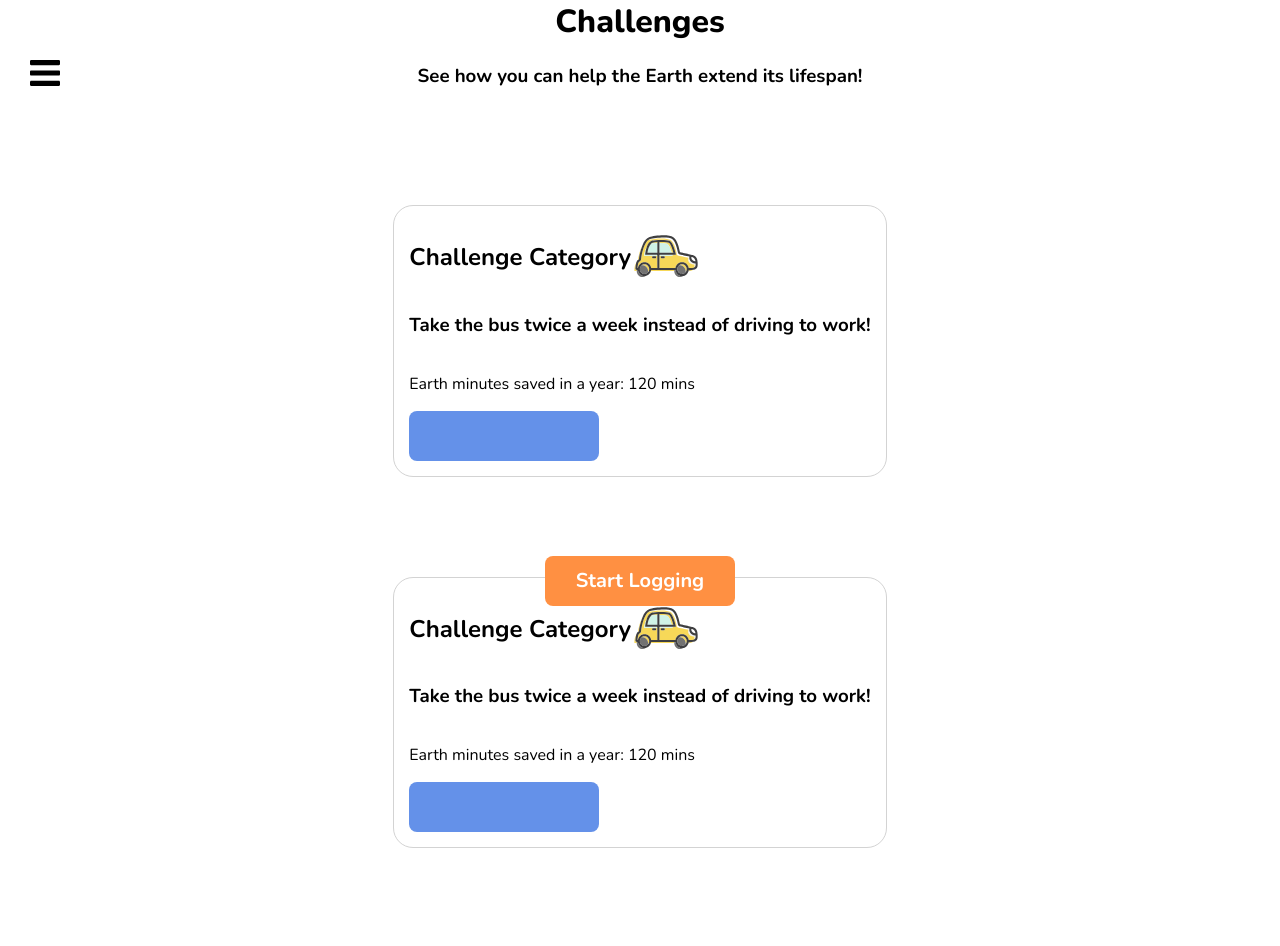
Repository: cho196/Timearth
Page: /challenges
These files come from the project's save history. The page is drawn as it stood at one moment and after the next save; the edit follows.
The browser window is 1280 px wide. The pictures show the whole page.
The project was rebuilt for these pictures with package versions that can differ from the ones it lists, and the page was loaded fresh each time. The framework's server and built-in components were replaced by stand-ins that run in the browser. Also part of the build but not shown: next.config.js.

Above is the page before, as saved 2022-04-12 22:15:36.

After the next save:
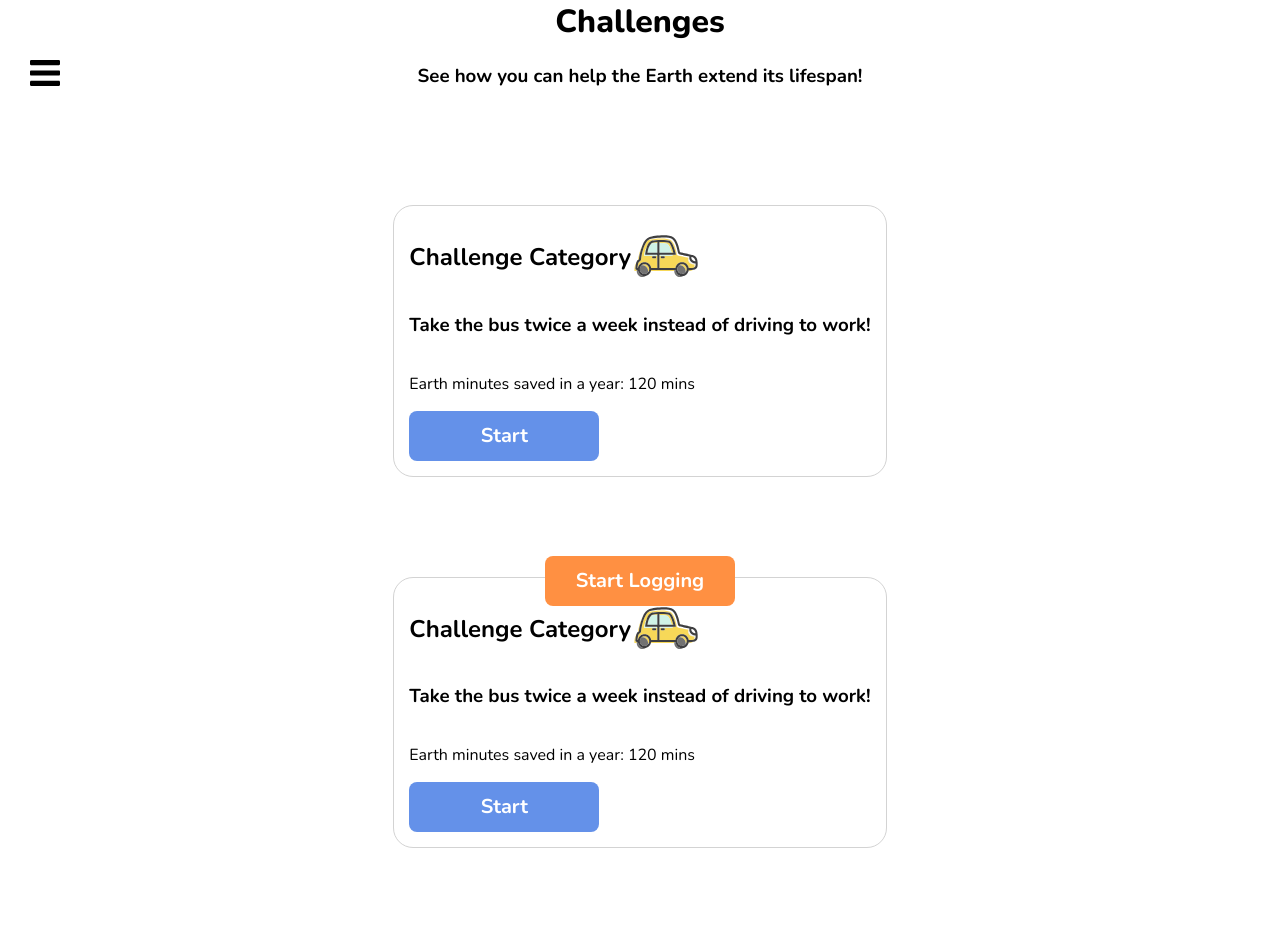
Saved 98 s later.
--- a/data/index_content.js
+++ b/data/index_content.js
@@ -40,5 +40,6 @@ export const BtnText = {
     intro: "Start Logging",
     next: "Next",
     back: "Back",
-    skip: "Skip"
+    skip: "Skip",
+    start: "Start"
 }
